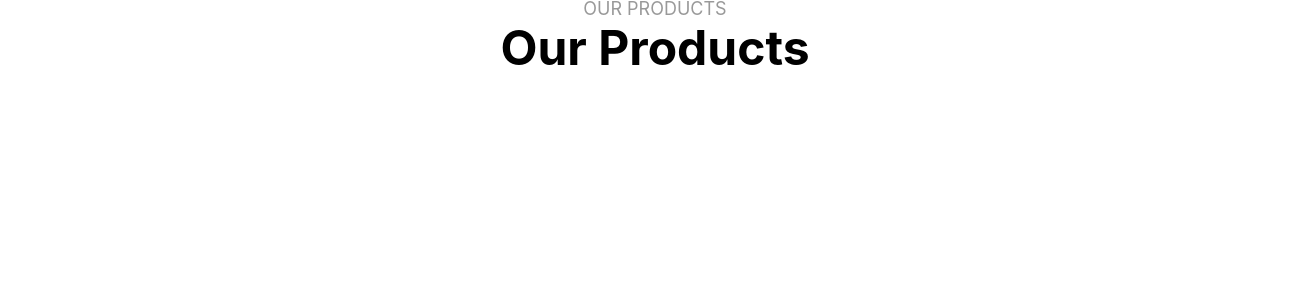
Repository: ldminh95/Ginx
Page: /
An editor plug-in stored every save of this project. The page is shown before and after the next save, followed by the edit.
The browser window is 1280 px wide. The page is 1310 px wide, so the pictures cover 1310 px, including what lies to the right of the window. The pictures show the whole page.
The project was rebuilt for these pictures with package versions that can differ from the ones it lists, and the page was loaded fresh each time.

Above is the page before, as saved 2023-06-03 14:25:50.

### src/App.js
import logo from './logo.svg';
import './App.css';
import Product_title from './title/Product_title.js';


function App() {
  return (
    <div className="App">
      <Product_title/>
    </div>
  );
}

export default App;

### src/App.css
* {
  margin: 0;
  padding: 0;
}
body {
  box-sizing: border-box;
}
.App {
  width: 1290px;
  height: 100vh;
  padding: 0 10px;
  margin: 0 auto;
}
.App .Product_title {
  text-align: center;
  font-size: 12px;
}
.App .Product_title h2 {
  font-weight: 400;
  color: #999999;
  text-transform: uppercase;
  line-height: 1;
}
.App .Product_title p {
  font-weight: 700;
  color: #000;
  font-size: 4em;
}

### src/title/Product_title.js
export default function titleH1() {
    return(
        <div className="Product_title">
            <h2>Our Products</h2>
            <p>Our Products</p>
        </div>
    )
}

Loaded but not shown: public/index.html (common file); src/index.js (common file); src/index.css (common file); src/reportWebVitals.js (common file)

After the next save:
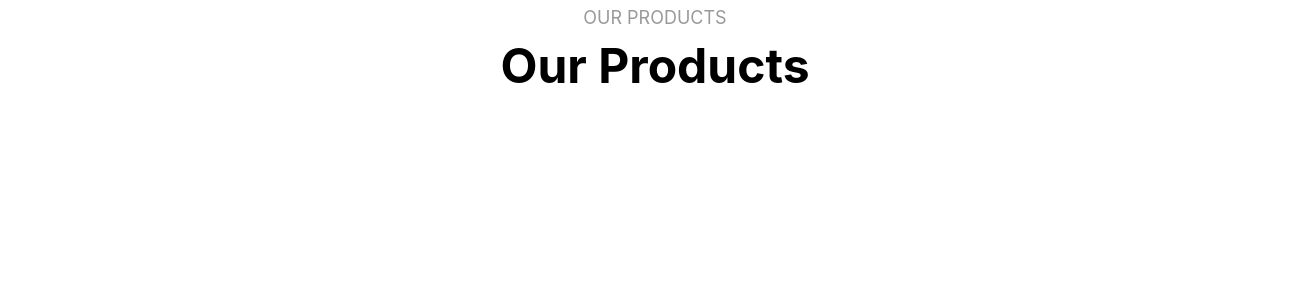
Saved 5 s later.
--- a/src/App.css
+++ b/src/App.css
@@ -19,7 +19,7 @@
   font-weight: 400;
   color: #999999;
   text-transform: uppercase;
-  line-height: 1;
+  line-height: 2;
 }
 .App .Product_title p {
   font-weight: 700;
